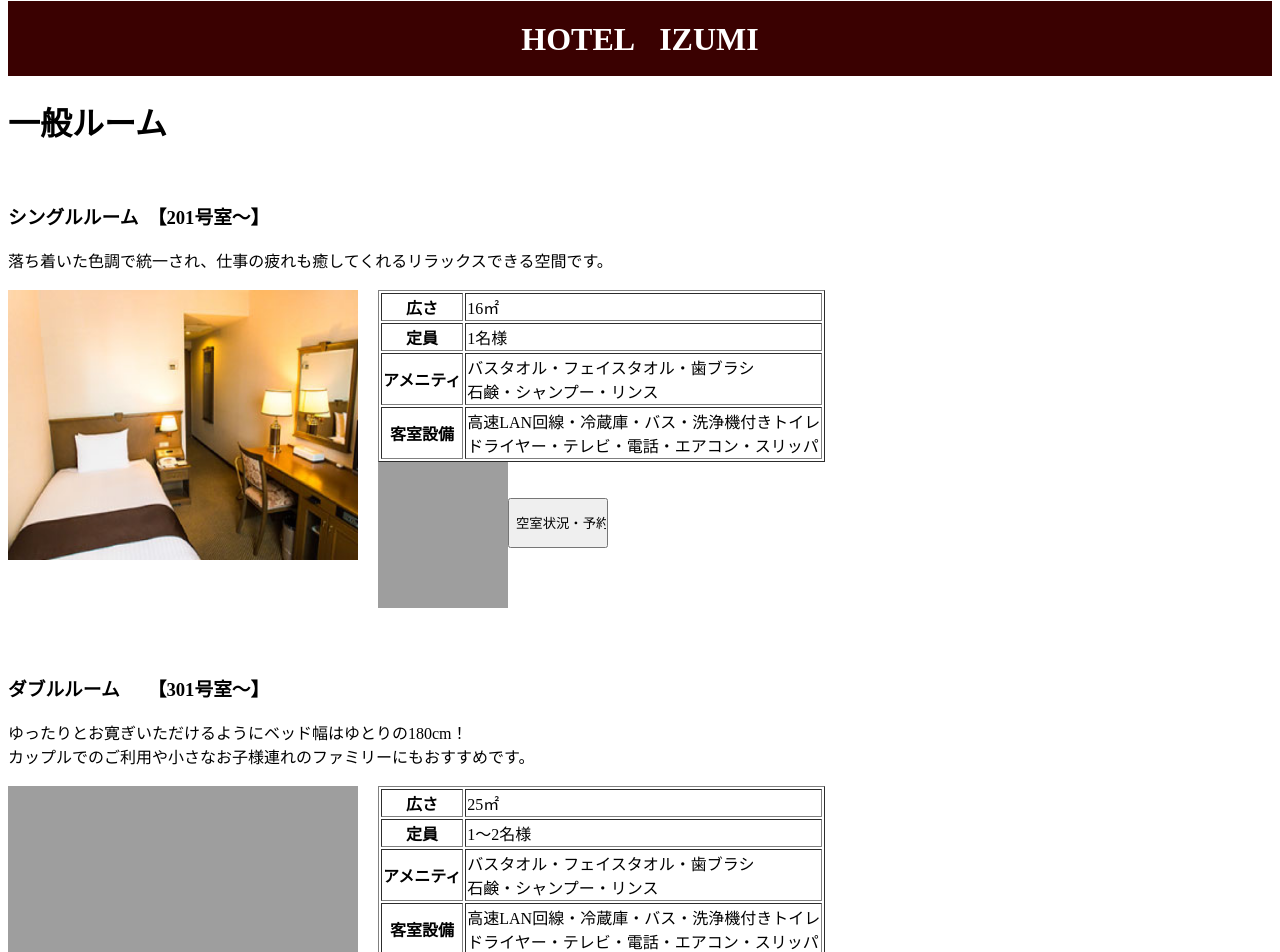
Repository: sep-dev/hotel_site
Page: http://localhost/HOTEL_IZUMI/general
These files come from the project's save history. The page is drawn as it stood at one moment and after the next save; the edit follows.
The browser window is 1280 px wide. The pictures show the part of the page from y = 0 to 952 px (the page is 2243 px tall).
Pictures or frames that could not be fetched are drawn as grey boxes. The page is served by Tomcat 9. Other server files are loaded and not shown.

Above is the page before, as saved 2016-05-25 02:01:43.

### HOTEL_IZUMI/src/main/webapp/WEB-INF/views/general.jsp
<!DOCTYPE html>
<%@ page language="java" contentType="text/html; charset=UTF-8" pageEncoding="UTF-8"%>
<%@ taglib prefix="form" uri="http://www.springframework.org/tags/form" %>
<!--  http://www.aspen-hotel.co.jp/room/ を参考   -->
<html>
  <head>
    <meta http-equiv="Content-Type" content="text/html; charset=Shift_JIS">
    <title>客室のご案内</title>
    <style type="text/css">
      div.example img {
        margin: 0px 20px 0px 0px;
      }
    </style>
    <style type="text/css"><%@include file="../css/style.css" %></style>
  </head>
  <body>
   <form>
    <div id="header">
      <div id="header h1"><h1><a HREF="http://localhost:8080/Izumi/top" STYLE="text-decoration:none"><font color="#FFFFFF">HOTEL&nbsp;&nbsp;&nbsp;IZUMI</font></a></h1></div>
    </div>


      <h1>一般ルーム</h1><br>
      <h3>シングルルーム　【201号室～】</h3>
      落ち着いた色調で統一され、仕事の疲れも癒してくれるリラックスできる空間です。<br><br>
      <div class="example">
        <img src="./resources/picture/ph01.jpg" alt="サンプル図" width="350" height="270"  align="left" >
      </div>
      <table border="1" >
        <tr>
          <th>広さ</th>
          <td>16㎡</td>
        </tr>
        <tr>
          <th>定員</th>
          <td>1名様</td>
        </tr>
        <tr>
          <th rowspan="2">アメニティ</th>
          <td rowspan="2">バスタオル・フェイスタオル・歯ブラシ<br>石鹸・シャンプー・リンス</td>
        </tr>
        <tr>
        </tr>
        <tr>
          <th rowspan="2">客室設備</th>
          <td rowspan="2">高速LAN回線・冷蔵庫・バス・洗浄機付きトイレ<br>ドライヤー・テレビ・電話・エアコン・スリッパ</td>
        </tr>
        <tr>
        </tr>
      </table>

      <img src="picture\ph01_shw1.png" alt="間取り図" width="130" height="146" align="left" ><br><br>

      <input type="button" value="空室状況・予約" style="width:100px; height:50px" onClick=location.href=""><br><br><br><br><br><br><br>

      <h3>ダブルルーム　　【301号室～】</h3>
      ゆったりとお寛ぎいただけるようにベッド幅はゆとりの180cm！<br>カップルでのご利用や小さなお子様連れのファミリーにもおすすめです。<br><br>
      <div class="example">
        <img src="picture\ph04.jpg" alt="サンプル図" width="350" height="270"  align="left" >
      </div>
      <table border="1" >
        <tr>
          <th>広さ</th>
          <td>25㎡</td>
        </tr>
        <tr>
          <th>定員</th>
          <td>1～2名様</td>
        </tr>
        <tr>
          <th rowspan="2">アメニティ</th>
          <td rowspan="2">バスタオル・フェイスタオル・歯ブラシ<br>石鹸・シャンプー・リンス</td>
        </tr>
        <tr>
        </tr>
        <tr>
          <th rowspan="2">客室設備</th>
          <td rowspan="2">高速LAN回線・冷蔵庫・バス・洗浄機付きトイレ<br>ドライヤー・テレビ・電話・エアコン・スリッパ</td>
        </tr>
         <tr>
         </tr>
       </table>

       <img src="picture\ph04_shw1.png" alt="間取り図" width="130" height="146" align="left" ><br><br>

       <input type="button" value="空室状況・予約" style="width:100px; height:50px" onClick=location.href="file:///C:/Users/urawakikosuke/Desktop/hotel/calender.html"><br><br><br><br><br><br><br>

       <h3>ツインルーム　　【401号室～】</h3>
       アットホームな感覚でご滞在いただけます！<br>3名様でご利用の場合、台はエキストラベッドでのご利用となります。<br><br>

       <div class="example">
         <img src="picture\ph06.jpg" alt="サンプル図" width="350" height="270"  align="left" >
       </div>
       <table border="1" >
         <tr>
           <th>広さ</th>
           <td>25～27㎡</td>
         </tr>
         <tr>
           <th>定員</th>
           <td>2～3名様</td>
         </tr>
         <tr>
            <th rowspan="2">アメニティ</th>
            <td rowspan="2">バスタオル・フェイスタオル・歯ブラシ<br>石鹸・シャンプー・リンス</td>
          </tr>
          <tr>
          </tr>
          <tr>
            <th rowspan="2">客室設備</th>
            <td rowspan="2">高速LAN回線・冷蔵庫・バス・洗浄機付きトイレ<br>ドライヤー・テレビ・電話・エアコン・スリッパ</td>
           </tr>
           <tr>
         </tr>
       </table>

        <img src="picture\ph06_shw1.png" alt="間取り図" width="120" height="146" align="left" >
        <br><br>

        <input type="button" value="空室状況・予約" style="width:100px; height:50px" onClick=location.href="file:///C:/Users/urawakikosuke/Desktop/hotel/calender.html"><br><br><br><br><br><br><br>

        <h3>トリプルルーム　【501号室～】</h3>
        レギュラーベッドを3台ご用意したお部屋です。グループやファミリーでも快適にご利用頂けます。<br><br>
        <div class="example">
          <img src="picture\ph07.jpg" alt="サンプル図" width="350" height="270"  align="left" >
        </div>
        <table border="1" >
          <tr>
            <th>広さ</th>
            <td>29㎡</td>
          </tr>
          <tr>
            <th>定員</th>
            <td>3名様</td>
          </tr>
          <tr>
            <th rowspan="2">アメニティ</th>
            <td rowspan="2">バスタオル・フェイスタオル・歯ブラシ<br>石鹸・シャンプー・リンス</td>
          </tr>
          <tr>
          </tr>
          <tr>
            <th rowspan="2">客室設備</th>
            <td rowspan="2">高速LAN回線・冷蔵庫・バス・洗浄機付きトイレ<br>ドライヤー・テレビ・電話・エアコン・スリッパ</td>
          </tr>
          <tr>
          </tr>
        </table>

        <img src="picture\ph07_shw1.png" alt="間取り図" width="140" height="146" align="left" ><br><br>

        <input type="button" value="空室状況・予約" style="width:100px; height:50px" onClick=location.href="file:///C:/Users/urawakikosuke/Desktop/hotel/calender.html"><br><br><br><br><br><br><br>


        <div id="footer">
          <p id="copyright">Copyright &copy;<a href="http://hotelizumi.com">hotelizumi</a> All Rights Reserved.</p>
        </div>
    </form>
  </body>
</html>

### HOTEL_IZUMI/src/main/webapp/WEB-INF/views/common/header.jsp
<%@ taglib uri="http://java.sun.com/jsp/jstl/core" prefix="c" %>
<%@ taglib prefix="form" uri="http://www.springframework.org/tags/form"%>
<%@page language="java" contentType="text/html; charset=UTF-8" pageEncoding="UTF-8"%>
<%@ page contentType="text/html; charset=UTF-8"%>

### HOTEL_IZUMI/src/main/webapp/WEB-INF/css/style.css
html{
    margin: 0;
    margin-top:-20px;
    padding: 0;
    width:100%;
    height:100%;
}
.top{
	display:block;
	margin-left:auto;
	margin-right:auto;
}

#contents {
    top : 0px;
    padding : 10px;
    margin : 10px;
    text-align : center;
}

#contents img{
    padding-bottom:10px;
}

#contents button {
    font-size: 1.4em;
    font-weight: bold;
    padding: 10px 30px;
    background-color: #200;
    color: #ffffff;
    border-style: none;
}

#table{
    border:0;
    background-color:#CCCCCC;
    font-size:24px;
    color:#666666;
    width:200px;
}

#table3{
    border:0;
    background-color:#CCCCCC;
    font-size:24px;
    color:#666666;
    width:200px;
}

/*--------calender----------*/
#Sunday{
    text-align:center;
    width:200;
    height:40;
    background-color:#C7D8ED;
    color:#FF3300;
    padding:15px;
}
#MonFri{
    text-align:center;
    width:200;
    background-color:#C7D8ED;
    color:#666666;
    padding:15px;
}
#Saturday{
    text-align:center;
    width:200;
    background-color:#C7D8ED;
    color:#666666;
    padding:15px;
}
#Saturday2{
    text-align:center;
    width:200;
    background-color:#A6C0E1;
    color:#666666;
}
#Sunday2{
    text-align:center;
    height:40;
    background-color:#FFCC99;
    color:#666666;
}
#Weekday{
    text-align:center;
    background-color:#FFFFFF;
    color:#666666;
    width:200;
}
#publicholiday{
    text-align:center;
    background-color:#FF3300;
    color:#FFFFFF;
}
#table2 tr td{
    border:0;
    font-size:24px;
    color:#666666;
    width:400px;
}
#float{
    float:left;
}
/* --------------------------------------*/

#header {
    top: 0px;
    left: 0px;
    height: 75px;
    margin-right: auto;
    margin-left: auto;
    text-align : center;
    background-color : #3A0101;

}
#header h1{
    padding-top: 20px;
    font-family: 'Times New Roman', Times, serif;
 	color:#ffffff;
}


#top{
    font-size: 200%;
}

#oneset{
	padding-top: 10px;
	padding-bottom: 10px;

	border-width: thick;
	border-color: #999AAA;
	border-style: ridge;
}
#name
{
    text-align: center;
	font-size: 150%;
    font-family: 'Segoe UI', Tahoma, Geneva, Verdana, sans-serif;
    font-weight: bold;
    background-color: #999AAA;
    font-family: 'Times New Roman', Times, serif;

}
#message{
	color: #000000;
    padding-left: 300px;
	font-size: 150%;

	text-align: left; margin-left: 100px; margin-right: 0px; width: 1000px;
}


/*---------入力フォーム----------*/

#reservation{

    padding-top: 20px;
    margin-bottom:50px;
    font-family: 'Times New Roman', Times, serif;
 	color:#000000;
}

#form{
    margin-top:30px

}


button.button2 {
    float:right;
    font-size: 1.4em;
    font-weight: bold;
    padding: 30px 20px;
    background-color: #3A0101;
    color: #ffffff;
    border-style: none;
    font-family: 'Times New Roman', Times, serif;
    box-shadow:4px 4px #555;
}

/*
footer ------------------------------------------------------*/

#footer {
    margin-top:30px;
    border-top:2px solid #3A1010;
    padding-top:20px;
    padding-bottom:20px;
}

#footer p{
    text-align:center;
}
#footer p a{
    text-decoration: none;
}
#footborder hr{
    border-color:#3A1010;
    border-width:1px;
}

After the next save:
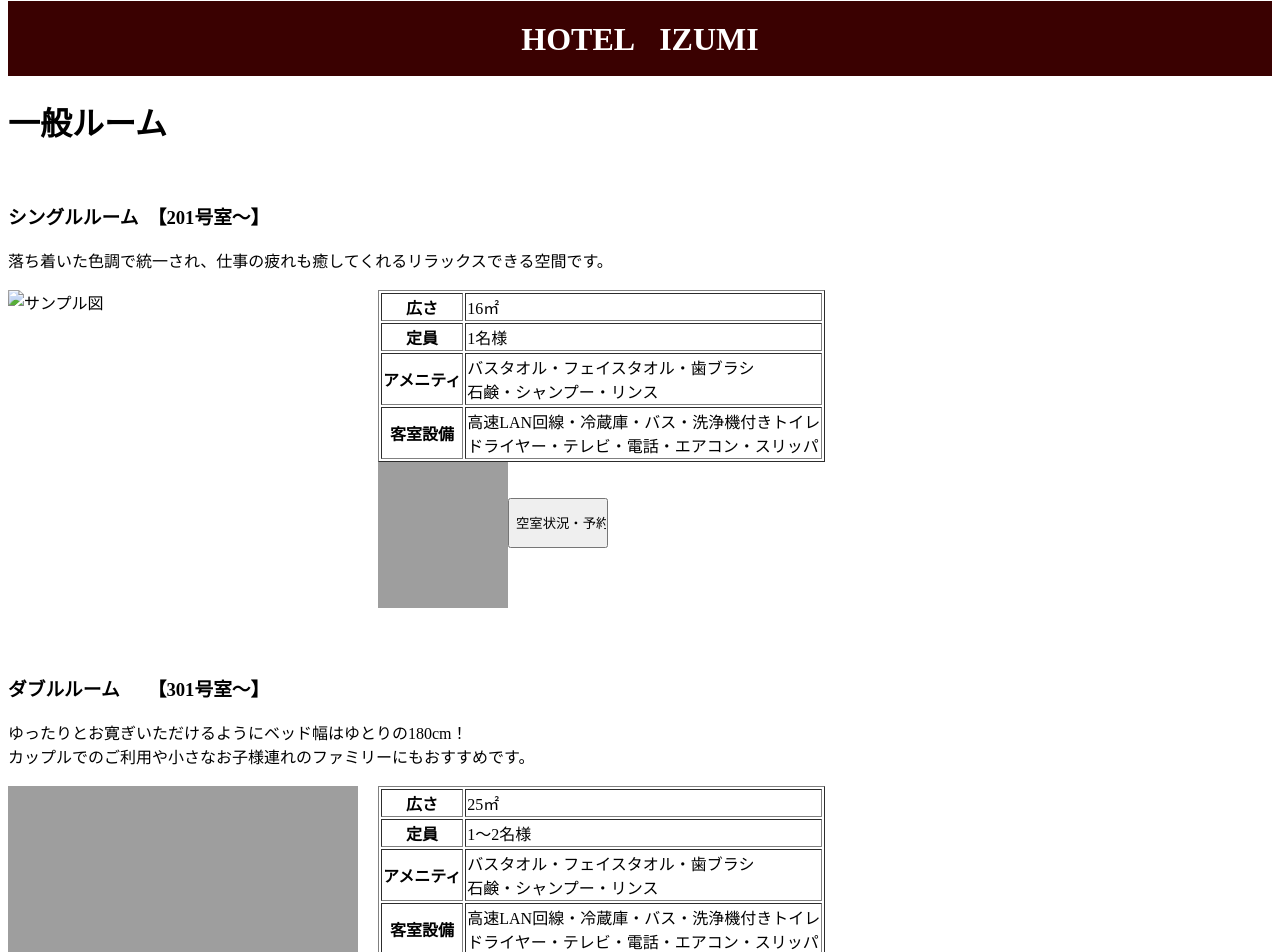
Not found: HOTEL_IZUMI/resources/picture/ph01.jpg
Saved 3 min 57 s later.
--- a/HOTEL_IZUMI/src/main/webapp/WEB-INF/views/general.jsp
+++ b/HOTEL_IZUMI/src/main/webapp/WEB-INF/views/general.jsp
@@ -24,7 +24,7 @@
       <h3>シングルルーム　【201号室～】</h3>
       落ち着いた色調で統一され、仕事の疲れも癒してくれるリラックスできる空間です。<br><br>
       <div class="example">
-        <img src="./resources/picture/ph01.jpg" alt="サンプル図" width="350" height="270"  align="left" >
+        <img src="../resources/picture/ph01.jpg" alt="サンプル図" width="350" height="270"  align="left" >
       </div>
       <table border="1" >
         <tr>

After the save that followed:
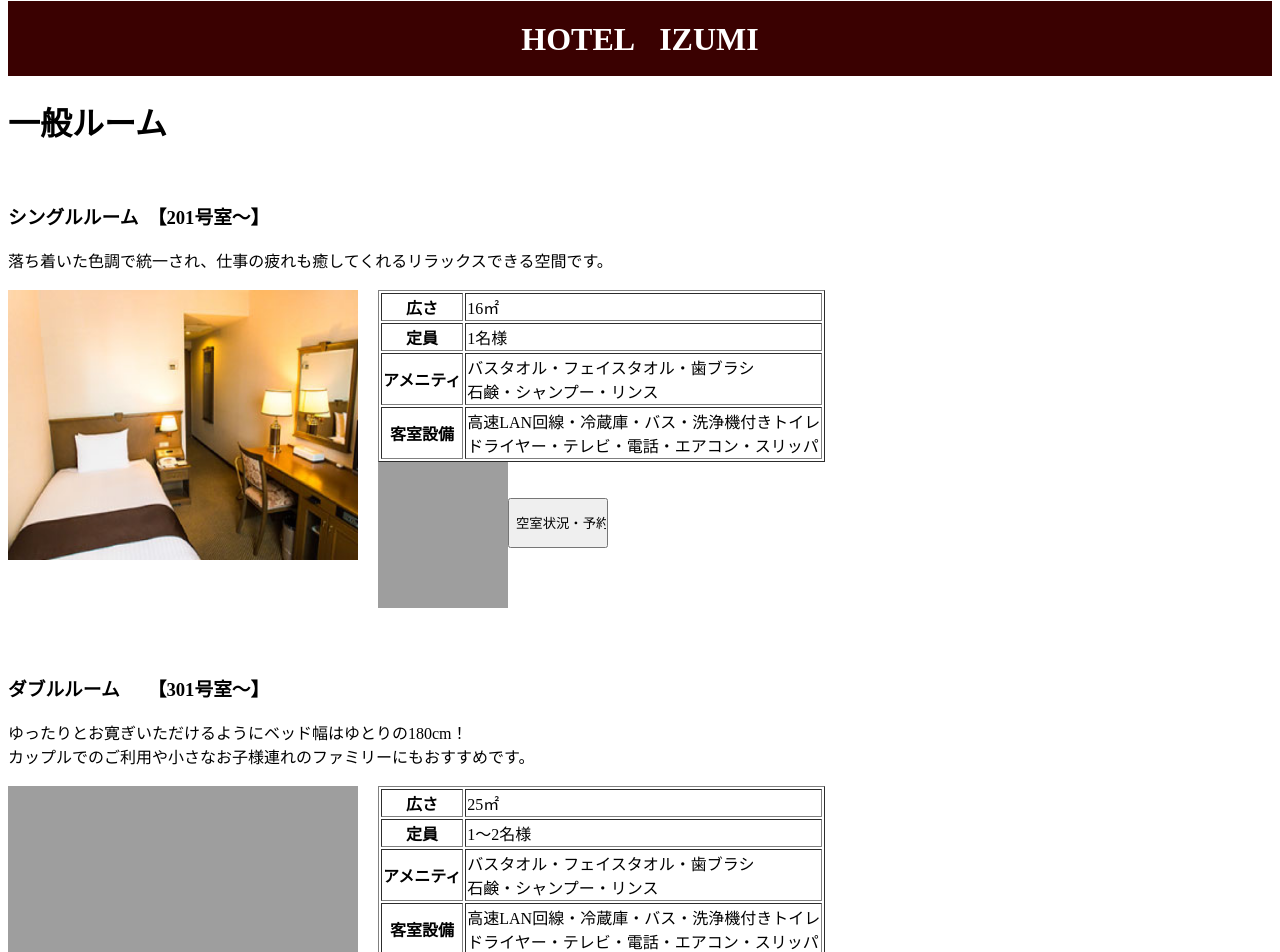
Saved 14 s later.
--- a/HOTEL_IZUMI/src/main/webapp/WEB-INF/views/general.jsp
+++ b/HOTEL_IZUMI/src/main/webapp/WEB-INF/views/general.jsp
@@ -24,7 +24,7 @@
       <h3>シングルルーム　【201号室～】</h3>
       落ち着いた色調で統一され、仕事の疲れも癒してくれるリラックスできる空間です。<br><br>
       <div class="example">
-        <img src="../resources/picture/ph01.jpg" alt="サンプル図" width="350" height="270"  align="left" >
+        <img src="./resources/picture/ph01.jpg" alt="サンプル図" width="350" height="270"  align="left" >
       </div>
       <table border="1" >
         <tr>
